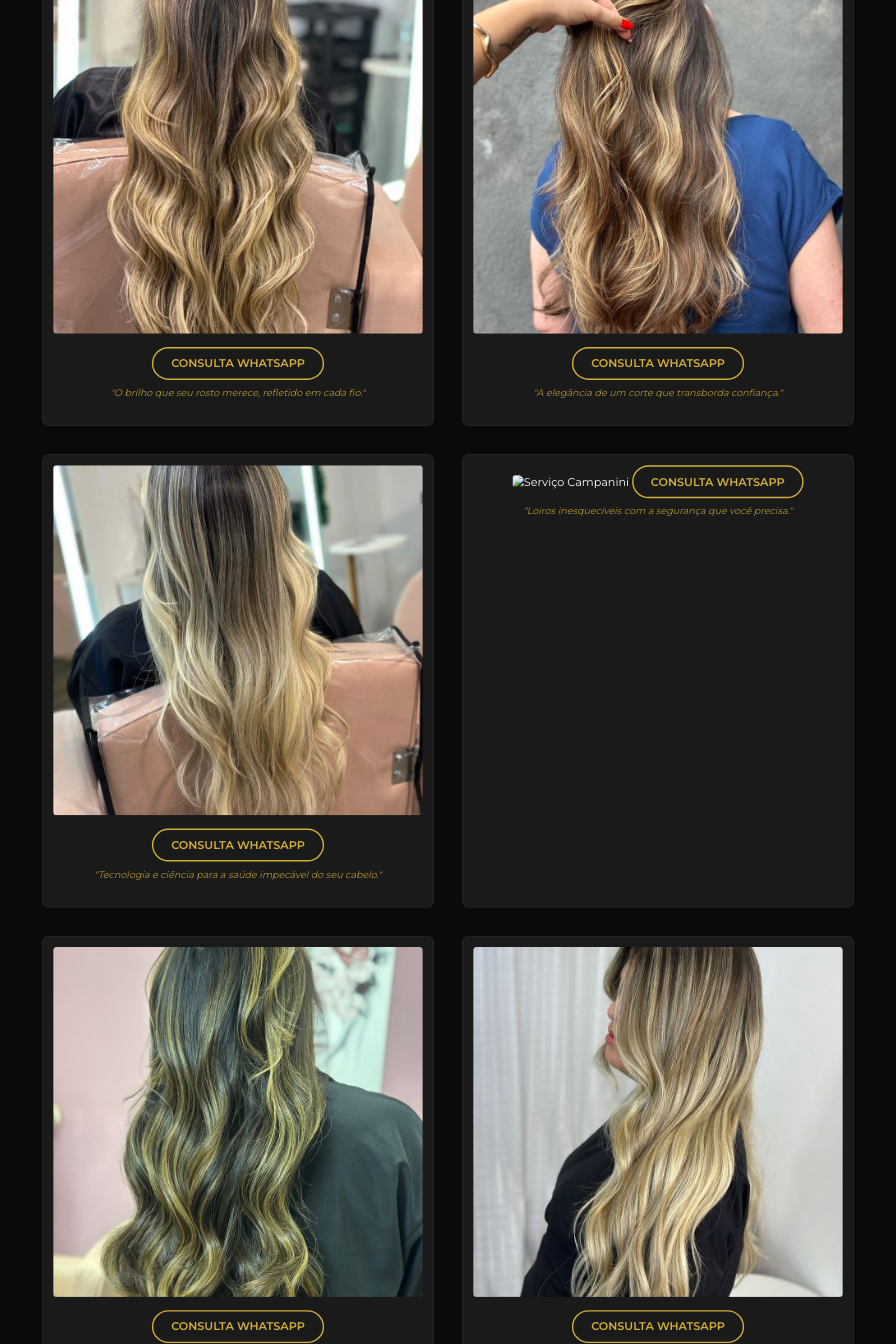
Repository: Sandro1969-tech/campanini-beauty
Page: index.html
These files come from the project's save history. The page is drawn as it stood at one moment and after a run of saves; the edit follows.
The browser window is 1280 px wide. The pictures show the part of the page from y = 764 to 2684 px (the page is 3297 px tall), at 70% of full size.

Above is the page before, as saved 2026-02-17 20:34:42.

### index.html
<!DOCTYPE html>
<html lang="pt-br">
<head>
    <meta charset="UTF-8">
    <meta name="viewport" content="width=device-width, initial-scale=1.0">
    <title>Campanini Beauty | Sofisticação e Ciência</title>
    <link rel="shortcut icon" href="assets/image/favicon.png" type="image/x-icon">
    <link href="https://fonts.googleapis.com/css2?family=Cinzel:wght@400;700&family=Montserrat:wght@300;400;600&display=swap" rel="stylesheet">
    <link rel="stylesheet" href="https://cdnjs.cloudflare.com/ajax/libs/font-awesome/6.0.0/css/all.min.css">

    <style>
        :root {
            --gold: #D4AF37;
            --gold-light: #F9E498;
            --black: #0a0a0a;
            --dark-gray: #1a1a1a;
            --white: #ffffff;
            --transition: all 0.3s ease;
        }

        /* Modo Escuro/Claro */
        body.light-mode {
            --black: #f4f4f4;
            --dark-gray: #ffffff;
            --white: #1a1a1a;
        }

        * { margin: 0; padding: 0; box-sizing: border-box; }

        body {
            background-color: var(--black);
            color: var(--white);
            font-family: 'Montserrat', sans-serif;
            transition: var(--transition);
            overflow-x: hidden;
        }

        /* Botão Dark Mode */
        .theme-toggle {
            position: fixed;
            top: 20px;
            right: 20px;
            z-index: 1000;
            background: var(--gold);
            border: none;
            padding: 10px;
            border-radius: 50%;
            cursor: pointer;
            color: var(--black);
            font-size: 1.2rem;
        }

        /* Título Pulsante */
        @keyframes pulse {
            0% { transform: scale(1); text-shadow: 0 0 0px var(--gold); }
            50% { transform: scale(1.05); text-shadow: 0 0 20px var(--gold); }
            100% { transform: scale(1); text-shadow: 0 0 0px var(--gold); }
        }

        .pulsing-title {
            font-family: 'Cinzel', serif;
            color: var(--gold);
            animation: pulse 3s infinite ease-in-out;
            text-align: center;
            font-size: 2.5rem;
            margin-bottom: 10px;
        }

        header {
            padding: 40px 20px;
            text-align: center;
            background: linear-gradient(rgba(0,0,0,0.7), rgba(0,0,0,0.7)), url('sua-foto-topo.jpg'); /* Adicione sua imagem aqui */
            background-size: cover;
            background-position: center;
            min-height: 80vh;
            display: flex;
            flex-direction: column;
            justify-content: center;
            align-items: center;
        }

        .logo { width: 200px; margin-bottom: 20px; }

        .subtitle {
            font-style: italic;
            letter-spacing: 2px;
            margin-bottom: 30px;
        }

        /* Grid de Imagens */
        .gallery-container {
            max-width: 1200px;
            margin: 50px auto;
            padding: 0 20px;
        }

        .services-grid {
            display: grid;
            grid-template-columns: repeat(2, 1fr);
            gap: 40px;
        }

        .service-card {
            text-align: center;
            background: var(--dark-gray);
            padding: 15px;
            border: 1px solid #333;
            border-radius: 10px;
            transition: var(--transition);
        }

        .service-card:hover { border-color: var(--gold); }

        .service-card img {
            width: 100%;
            height: 500px; /* Mantém a proporção comprida */
            object-fit: cover; /* Garante que a foto preencha sem distorcer */
            border-radius: 5px;
            margin-bottom: 15px;
        }

        /* Botão WhatsApp com Movimento */
        .btn-whatsapp {
            background-color: transparent;
            color: var(--gold);
            border: 2px solid var(--gold);
            padding: 12px 25px;
            border-radius: 50px;
            cursor: pointer;
            font-weight: 600;
            text-transform: uppercase;
            transition: all 0.4s cubic-bezier(0.175, 0.885, 0.32, 1.275);
            display: inline-block;
            text-decoration: none;
            margin-bottom: 10px;
        }

        .btn-whatsapp:hover {
            background-color: var(--gold);
            color: var(--black);
            transform: translateY(-5px) scale(1.1);
        }

        .compliment-trigger {
            font-size: 0.85rem;
            color: var(--gold);
            opacity: 0.8;
            font-style: italic;
            min-height: 40px;
        }

        /* Seção de Experiência */
        .experience-bar {
            background: var(--gold);
            color: var(--black);
            padding: 20px;
            text-align: center;
            font-weight: bold;
            margin: 40px 0;
        }

        /* Depoimentos */
        .testimonials {
            display: flex;
            justify-content: space-around;
            flex-wrap: wrap;
            padding: 50px 20px;
            background: rgba(212, 175, 55, 0.05);
        }

        .testimonial-card {
            width: 300px;
            text-align: center;
            margin-bottom: 30px;
        }

        .testimonial-card img {
            width: 80px;
            height: 80px;
            border-radius: 50%;
            border: 2px solid var(--gold);
            margin-bottom: 15px;
        }

        /* WhatsApp Flutuante */
        .whatsapp-float {
            position: fixed;
            bottom: 30px;
            left: 30px;
            background: #25d366;
            color: white;
            width: 60px;
            height: 60px;
            border-radius: 50%;
            display: flex;
            align-items: center;
            justify-content: center;
            font-size: 30px;
            z-index: 999;
            box-shadow: 2px 2px 10px rgba(0,0,0,0.5);
            transition: transform 0.8s ease;
        }

        .whatsapp-float.rotate { transform: rotate(360deg); }

        footer {
            background: #000;
            padding: 40px 20px;
            text-align: center;
            border-top: 2px solid var(--gold);
        }

        .social-link {
            font-size: 2rem;
            color: var(--gold);
            margin-bottom: 15px;
            display: block;
        }

        @media (max-width: 768px) {
            .services-grid { grid-template-columns: 1fr; }
            .pulsing-title { font-size: 1.8rem; }
        }
    </style>
</head>
<body>

    <button class="theme-toggle" onclick="toggleTheme()">
        <i id="theme-icon" class="fas fa-moon"></i>
    </button>

    <header>
        <img src="assets/image/Logo escrito 'Campan.png" alt="Campanini Beauty Logo" class="logo">
        <h1 class="pulsing-title">Campanini Beauty</h1>
        <p class="subtitle">Cabelos que unem sofisticação, beleza e ciência</p>
    </header>

    <div class="experience-bar">
        MECHAS • MEGA HAIR • ESCOVAS • TRATAMENTOS • COLORACÃO • TONALIZACÃO • CORTE • ALISAMENTOS • BOTOX CAPILAR
    </div>

    <main class="gallery-container">
        <div class="services-grid">
            <div class="service-card">
                <img src="assets/image/imagem1.jpg" alt="Serviço Campanini">
                <a href="https://wa.me/SEUNUMERO" class="btn-whatsapp">Consulta WhatsApp</a>
                <p class="compliment-trigger">"O brilho que seu rosto merece, refletido em cada fio."</p>
            </div>
            <div class="service-card">
                <img src="assets/image/imagem2.jpg" alt="Serviço Campanini">
                <a href="https://wa.me/SEUNUMERO" class="btn-whatsapp">Consulta WhatsApp</a>
                <p class="compliment-trigger">"A elegância de um corte que transborda confiança."</p>
            </div>
            <div class="service-card">
                <img src="assets/image/imagem3.jpg" alt="Serviço Campanini">
                <a href="https://wa.me/SEUNUMERO" class="btn-whatsapp">Consulta WhatsApp</a>
                <p class="compliment-trigger">"Tecnologia e ciência para a saúde impecável do seu cabelo."</p>
            </div>
            <div class="service-card">
                <img src="" alt="Serviço Campanini">
                <a href="https://wa.me/SEUNUMERO" class="btn-whatsapp">Consulta WhatsApp</a>
                <p class="compliment-trigger">"Loiros inesquecíveis com a segurança que você precisa."</p>
            </div>
            <div class="service-card">
                <img src="assets/image/imagem5.jpg" alt="Serviço Campanini">
                <a href="https://wa.me/SEUNUMERO" class="btn-whatsapp">Consulta WhatsApp</a>
                <p class="compliment-trigger">"Volume e comprimento com naturalidade absoluta."</p>
            </div>
            <div class="service-card">
                <img src="assets/image/imagem6.jpg" alt="Serviço Campanini">
                <a href="https://wa.me/SEUNUMERO" class="btn-whatsapp">Consulta WhatsApp</a>
                <p class="compliment-trigger">"Transforme sua autoestima com o toque Campanini."</p>
            </div>
        </div>
    </main>

    <section class="testimonials">
        <div class="testimonial-card">
            <img src="mulher1.jpg" alt="Cliente">
            <p>"Minha cor nunca durou tanto. A ciência por trás do trabalho deles é real!"</p>
            <strong style="color:var(--gold)">- Mariana S.</strong>
        </div>
        <div class="testimonial-card">
            <img src="mulher2.jpg" alt="Cliente">
            <p>"O melhor Mega Hair de São Paulo. Atendimento impecável e luxuoso."</p>
            <strong style="color:var(--gold)">- Roberta L.</strong>
        </div>
        <div class="testimonial-card">
            <img src="mulher3.jpg" alt="Cliente">
            <p>"Ambiente sofisticado e profissionais que realmente entendem de saúde capilar."</p>
            <strong style="color:var(--gold)">- Ana Paula F.</strong>
        </div>
    </section>

    <footer>
        <a href="https://instagram.com/campaninibeauty" class="social-link"><i class="fab fa-instagram"></i></a>
        <p><strong>Campanini Beauty</strong></p>
        <p>Rua Soldado João de Oliveira, 421<br>Chácara Inglesa, São Paulo - SP</p>
    </footer>

    <a href="https://wa.me/SEUNUMERO" class="whatsapp-float" id="wa-float" onclick="rotateIcon(event)">
        <i class="fab fa-whatsapp"></i>
    </a>

    <script>
        // Lógica de Troca de Tema
        function toggleTheme() {
            const body = document.body;
            const icon = document.getElementById('theme-icon');
            body.classList.toggle('light-mode');

            if (body.classList.contains('light-mode')) {
                icon.classList.remove('fa-moon');
                icon.classList.add('fa-sun');
            } else {
                icon.classList.remove('fa-sun');
                icon.classList.add('fa-moon');
            }
        }

        // Rotação do Ícone de WhatsApp
        function rotateIcon(e) {
            const el = document.getElementById('wa-float');
            el.classList.add('rotate');
            setTimeout(() => {
                el.classList.remove('rotate');
            }, 800);
        }

        // Efeito de Revelação ao Rolar
        window.addEventListener('scroll', () => {
            const cards = document.querySelectorAll('.service-card');
            cards.forEach(card => {
                const cardTop = card.getBoundingClientRect().top;
                if(cardTop < window.innerHeight - 100) {
                    card.style.opacity = '1';
                    card.style.transform = 'translateY(0)';
                }
            });
        });
    </script>
</body>
</html>

After the next 2 saves:
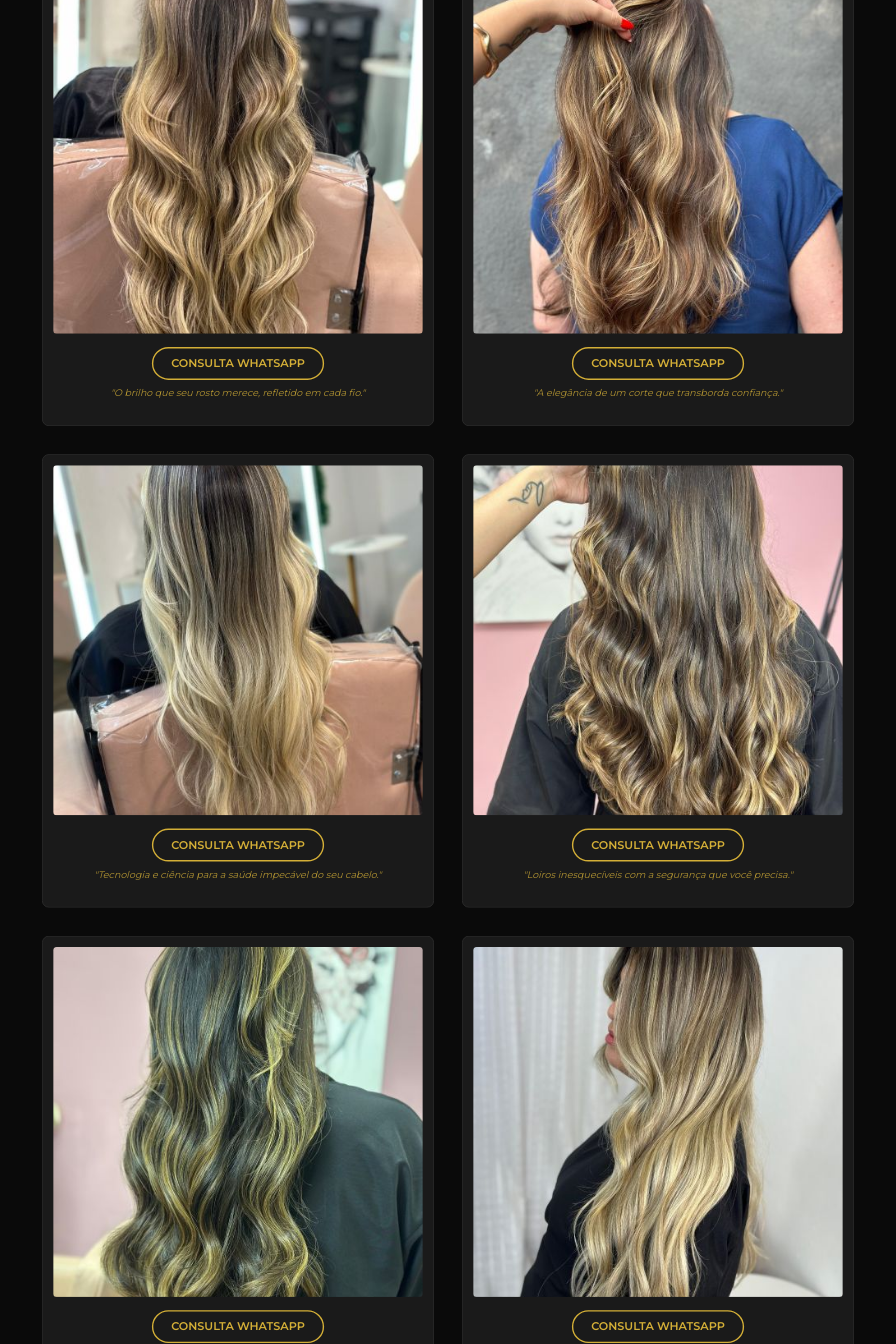
The 2 saves are shown as one change because they came seconds apart.
The last was saved 6 s later.
--- a/index.html
+++ b/index.html
@@ -257,7 +257,7 @@
                 <p class="compliment-trigger">"Tecnologia e ciência para a saúde impecável do seu cabelo."</p>
             </div>
             <div class="service-card">
-                <img src="" alt="Serviço Campanini">
+                <img src="assets/image/imagem4.jpg" alt="Serviço Campanini">
                 <a href="https://wa.me/SEUNUMERO" class="btn-whatsapp">Consulta WhatsApp</a>
                 <p class="compliment-trigger">"Loiros inesquecíveis com a segurança que você precisa."</p>
             </div>
